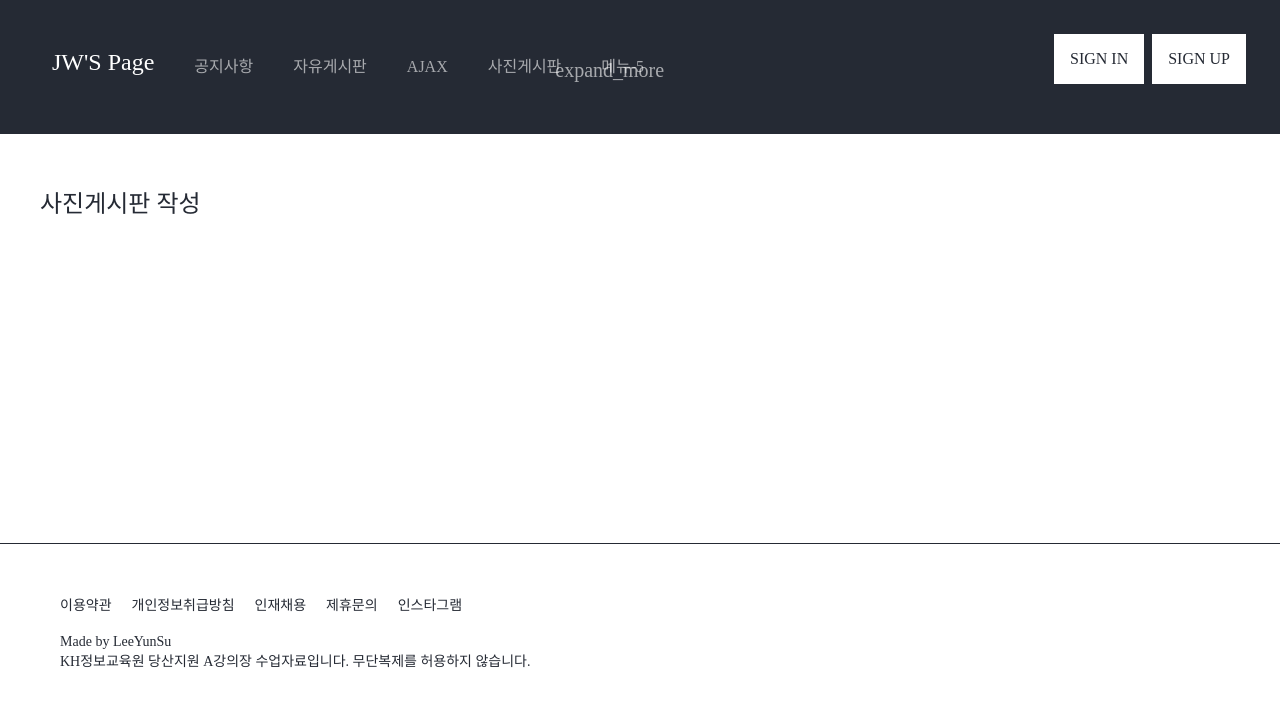
Repository: JWbase/Web_JAVA
Page: http://localhost/07_mvc2WebProject/WEB-INF/views/photo/photoWriteFrm.jsp
These files come from the project's save history. The page is drawn as it stood at one moment and after a run of saves; the edit follows.
The browser window is 1280 px wide. The pictures show the whole page.
Some web fonts or font styles are not loaded; a fallback is used. The page is served by Tomcat 9. Nobody is signed in. Other server files are loaded and not shown. The template is opened directly, without the code that normally fills it, so the values that code supplies are empty.

Above is the page before, as saved 2022-09-06 09:12:25.

### 07_mvc2WebProject/src/main/webapp/WEB-INF/views/photo/photoWriteFrm.jsp
<%@ page language="java" contentType="text/html; charset=UTF-8"
	pageEncoding="UTF-8"%>
<!DOCTYPE html>
<html>
<head>
<meta charset="UTF-8">
<title>Insert title here</title>
</head>
<style>
.photoWrite td, .photoWrite th {
	border: 1px solid #eee;
}
</style>
<body>
	<%@include file="/WEB-INF/views/common/header.jsp"%>
	<div class="page-content">
		<div class="page-title">사진게시판 작성</div>
		<form action="/photoWrite.do" method="post"
			enctype="multipart/form-data"></form>
	</div>
	<%@include file="/WEB-INF/views/common/footer.jsp"%>
</body>
</html>

### 07_mvc2WebProject/src/main/webapp/WEB-INF/views/common/header.jsp
<%@page import="kr.or.iei.member.model.vo.Member"%>
<%@ page language="java" contentType="text/html; charset=UTF-8"
	pageEncoding="UTF-8"%>
<%
Member m = (Member) session.getAttribute("m");
%>
<!-- 구글 아이콘 -->
<link href="https://fonts.googleapis.com/icon?family=Material+Icons"
	rel="stylesheet">
<!-- jquery -->
<script src="/js/jquery-3.6.0.js"></script>
<!-- 기본 CSS -->
<link rel="stylesheet" href="/css/default.css" />
<!-- 기본 js -->
<script src="/js/default.js"></script>
<header>
	<div class="site-logo">
		<a href="/">JW'S Page</a>
	</div>
	<nav>
		<ul class="navi">
			<li><a href="/noticeList.do?reqPage=1">공지사항</a></li>
			<li><a href="#">자유게시판</a></li>
			<li><a href="/ajax.do">AJAX</a></li>
			<li><a href="/photoList.do"">사진게시판</a></li>
			<li><a href="#">메뉴-5</a>
				<ul class="sub-navi">
					<li><a href="#">sub-1</a></li>
					<li><a href="#">sub-2</a></li>
					<li><a href="#">sub-3</a></li>
				</ul></li>
		</ul>
	</nav>
	<div class="header-link">
		<%
		if (m == null) {
		%>
		<button class="btn bc11 modal-open-btn" target="#login-modal">SIGN
			IN</button>
		<a class="btn bc11" href="/signupFrm.do">SIGN UP</a>
		<%
		} else {
		%>
		<%-- <a class="btn bc11" href="/mypage1.do"><%=m.getMemberName()%></a> --%>
		<a class="btn bc11" href="/mypage2.do?memberId=<%=m.getMemberId()%>"><%=m.getMemberName()%></a>
		<a class="btn bc11" href="/logout.do">LOGOUT</a>
		<%
		}
		%>
	</div>
</header>
<%
if (m == null) {
%>
<div id="login-modal" class="modal-bg">
	<div class="modal-wrap">
		<div class="modal-head">
			<h2>SIGN IN</h2>
			<span class="material-icons close-icon modal-close">close</span>
		</div>
		<form action="/signIn.do" method="post">
			<div class="modal-content">
				<div class="input-box">
					<label for="signId">아이디</label> <input type="text" name="signId"
						class="input-form" placeholder="아이디입력">
				</div>
				<div class="input-box">
					<label for="signPw">비밀번호</label> <input type="password"
						name="signPw" class="input-form" placeholder="비밀번호입력">
				</div>
				<div class="input-box link-box">
					<a href="#">아이디/비밀번호 찾기</a>
				</div>
			</div>
			<div class="modal-foot">
				<button type="submit" class="btn bc11">로그인</button>
				<button type="button" class="btn bc1 modal-close">취소</button>
			</div>
		</form>
	</div>
</div>
<%
}
%>

### 07_mvc2WebProject/src/main/webapp/WEB-INF/views/common/footer.jsp
<%@ page language="java" contentType="text/html; charset=UTF-8"
	pageEncoding="UTF-8"%>
<footer>
	<div class="footer-content">
		<ul>
			<li><a href="#">이용약관</a></li>
			<li><a href="#">개인정보취급방침</a></li>
			<li><a href="#">인재채용</a></li>
			<li><a href="#">제휴문의</a></li>
			<li><a href="#">인스타그램</a></li>
		</ul>
		<p>Made by LeeYunSu</p>
		<p>KH정보교육원 당산지원 A강의장 수업자료입니다. 무단복제를 허용하지 않습니다.</p>
	</div>
</footer>

### 07_mvc2WebProject/src/main/webapp/css/default.css
/* 사용할 font 선언 */
@font-face {
  font-family: ns-thin;
  src: url(../font/NotoSansKR-Thin.otf);
}
@font-face {
  font-family: ns-light;
  src: url(../font/NotoSansKR-Light.otf);
}
@font-face {
  font-family: ns-m;
  src: url(../font/NotoSansKR-Medium.otf);
}
@font-face {
  font-family: ns-bold;
  src: url(../font/NotoSansKR-Bold.otf);
}
@font-face {
  font-family: ns-black;
  src: url(../font/NotoSansKR-Black.otf);
}
/*
    사이트 사용 색상
    balck : #252A34
    darkgray : #393E46
    lightgray : #EEEEEE
    dark-mint : #00ADB5
    mint : #08D9D6
    point-red : #FF2E63
    point-pink : #F85F73
    point-violet : #892CDC
*/
/* 전체태그 기본 margin, padding 제거 */
/* 기본 글씨 색 및 폰트 설정 */

* {
  margin: 0;
  padding: 0;
  color: #252a34;
  font-family: ns-m;
}
body {
  display: flex;
  flex-direction: column;
  min-height: 100vh;
}
/* 기본화면 레이아웃 */
a {
  text-decoration: none;
}
header {
  background-color: #252a34;
  padding: 32px;
  display: flex;
  min-width: 1200px;
}
header > *:not(.header-link) {
  float: left;
}
header > .site-logo {
  padding: 0px 20px;
}
header > .site-logo > a {
  color: #fff;
  font-family: ns-bold;
  font-size: 24px;
  line-height: 60px;
}
header > nav {
  flex-grow: 1;
}

header > nav > .navi {
  list-style-type: none;
}
header > nav > .navi > li {
  float: left;
  position: relative;
}
header > nav > .navi > li > a {
  display: block;
  color: rgba(255, 255, 255, 0.6);
  padding: 5px 20px;
  transition-duration: 0.5s;
  line-height: 60px;
}
header > nav > .navi > li:hover > a,
header > nav > .navi > li:hover > a + span {
  color: rgba(255, 255, 255, 1);
}
header > nav > .navi > li:hover > .sub-navi {
  display : block;
}
header > nav .sub-navi {
  position: absolute;
  background-color: #fff;
  list-style-type: none;
  display: none;
  border: 1px solid rgba(0, 0, 0, 0.2);
  left: 10px;
  min-width: 10rem;
}
header > nav .sub-navi > li {
  padding: 0.25rem 1rem;
}
header > nav .sub-navi > li > a {
  display: block;
}
header > nav .sub-navi > li:hover {
  background-color: rgba(0, 0, 0, 0.05);
}
.material-icons.dropdown {
  font-size: 20px;
  color: rgba(255, 255, 255, 0.6);
  position: absolute;
  right: 0px;
  top: 27px;
  transition-duration: 0.5s;
}
.material-icons.dropdown:hover {
  cursor: pointer;
}
.page-content {
  width: 1200px;
  margin: 30px auto;
  margin-bottom: 10px;
  flex-grow: 1;
}
.page-title {
  font-family: ns-bold;
  padding: 20px 0px;
  font-size: 1.5rem;
}
footer {
  padding: 50px;
  border-top: 1px solid #252a34;
}
footer > .footer-content {
  width: 1200px;
  margin: 0 auto;
  padding: 0px 10px;
}
footer > .footer-content * {
  font-size: 14px;
}
footer > .footer-content > ul {
  list-style-type: none;
  overflow: hidden;
  margin-bottom: 20px;
}
footer > .footer-content > ul > li {
  float: left;
}
footer > .footer-content > ul > li > a {
  padding-right: 20px;
}

/* font 클래스*/
.f-thin {
  font-family: ns-thin;
}
.f-light {
  font-family: ns-light;
}
.f-medium {
  font-family: ns-m;
}
.f-bold {
  font-family: ns-bold;
}
.f-black {
  font-family: ns-black;
}

/* 글씨 색 */
.fc-1 {
  color: #252a34;
}
.fc-2 {
  color: #393e46;
}
.fc-3 {
  color: #eeeeee;
}
.fc-4 {
  color: #00adb5;
}
.fc-5 {
  color: #08d9d6;
}
.fc-6 {
  color: #ff2e63;
}
.fc-7 {
  color: #f85f73;
}
.fc-8 {
  color: #892cdc;
}

/* 배경 색*/
.bg-1 {
  background-color: #252a34;
}
.bg-2 {
  background-color: #393e46;
}
.bg-3 {
  background-color: #eeeeee;
}
.bg-4 {
  background-color: #00adb5;
}
.bg-5 {
  background-color: #08d9d6;
}
.bg-6 {
  background-color: #ff2e63;
}
.bg-7 {
  background-color: #f85f73;
}
.bg-8 {
  background-color: #892cdc;
}

/* 테이블 디자인 */
.tbl {
  width: 100%;
  border-spacing: 0px;
  border-collapse: collapse;
}
.tbl th,
.tbl td {
  padding: 1rem;
  text-align: center;
}
.tbl .tr-1 {
  background-color: rgba(255, 255, 255, 1);
}
.tbl .tr-2 {
  background-color: rgba(57, 62, 70, 0.1);
}
.tbl .tr-3 {
  background-color: rgba(0, 173, 181, 0.1);
}
.tbl .tr-4 {
  background-color: rgba(137, 44, 220, 0.1);
}
.tbl .tr-5 {
  background-color: rgba(255, 46, 999, 0.1);
}
.tbl .td-1 {
  background-color: rgba(255, 255, 255, 1);
}
.tbl .td-2 {
  background-color: rgba(57, 62, 70, 0.1);
}
.tbl .td-3 {
  background-color: rgba(0, 173, 181, 0.1);
}
.tbl .td-4 {
  background-color: rgba(137, 44, 220, 0.1);
}
.tbl .td-5 {
  background-color: rgba(255, 46, 999, 0.1);
}
.tbl.tbl-hover .tr-1:hover {
  background-color: rgba(0, 0, 0, 0.05);
}
.tbl.tbl-hover .tr-2:hover {
  background-color: rgba(57, 62, 70, 0.15);
}
.tbl.tbl-hover .tr-3:hover {
  background-color: rgba(0, 173, 181, 0.15);
}
.tbl.tbl-hover .tr-4:hover {
  background-color: rgba(137, 44, 220, 0.15);
}
.tbl.tbl-hover .tr-5:hover {
  background-color: rgba(255, 46, 999, 0.15);
}

/* 버튼 디자인 */
.btn {
  border: none;
  padding: 1rem;
  display: inline-block;
  box-sizing: border-box;
  transition-duration: 0.5s;
  font-size: 16px;
  font-family: ns-light;
}
.bc1 {
  background-color: rgba(37, 42, 52, 0.9);
  color: #fff;
  border: 2px solid rgba(37, 42, 52, 0.9);
}
.bc1:hover {
  background-color: rgba(37, 42, 52, 1);
  cursor: pointer;
}
.bc2 {
  background-color: rgba(57, 62, 70, 0.9);
  color: #fff;
  border: 2px solid rgba(57, 62, 70, 0.9);
}
.bc2:hover {
  background-color: rgba(57, 62, 70, 1);
  cursor: pointer;
}
.bc3 {
  background-color: rgba(238, 238, 238, 0.9);
  color: #252a34;
  border: 2px solid rgba(238, 238, 238, 0.9);
}
.bc3:hover {
  background-color: rgba(238, 238, 238, 1);
  cursor: pointer;
}
.bc4 {
  background-color: rgba(0, 173, 181, 0.9);
  color: #fff;
  border: 2px solid rgba(0, 173, 181, 0.9);
}
.bc4:hover {
  background-color: rgba(0, 173, 181, 1);
  cursor: pointer;
}
.bc5 {
  background-color: rgba(8, 217, 214, 0.9);
  color: #fff;
  border: 2px solid rgba(8, 217, 214, 0.9);
}
.bc5:hover {
  background-color: rgba(8, 217, 214, 1);
  cursor: pointer;
}
.bc6 {
  background-color: rgba(255, 46, 99, 0.9);
  color: #fff;
  border: 2px solid rgba(255, 46, 99, 0.9);
}
.bc6:hover {
  background-color: rgba(255, 46, 99, 1);
  cursor: pointer;
}
.bc7 {
  background-color: rgba(248, 95, 115, 0.9);
  color: #fff;
  border: 2px solid rgba(248, 95, 115, 0.9);
}
.bc7:hover {
  background-color: rgba(248, 95, 115, 1);
  cursor: pointer;
}
.bc8 {
  background-color: rgba(137, 44, 220, 0.9);
  color: #fff;
  border: 2px solid rgba(137, 44, 220, 0.9);
}
.bc8:hover {
  background-color: rgba(137, 44, 220, 1);
  cursor: pointer;
}
.bc11 {
  color: rgba(37, 42, 52, 1);
  background-color: #fff;
  border: 2px solid rgba(37, 42, 52, 1);
}
.bc11:hover {
  background-color: rgba(37, 42, 52, 1);
  cursor: pointer;
  color: #fff;
}
.bc22 {
  color: rgba(57, 62, 70, 1);
  background-color: #fff;
  border: 2px solid rgba(57, 62, 70, 1);
}
.bc22:hover {
  background-color: rgba(57, 62, 70, 1);
  cursor: pointer;
  color: #fff;
}
.bc33 {
  color: rgba(37, 42, 52, 1);
  background-color: #fff;
  border: 2px solid rgba(238, 238, 238, 1);
}
.bc33:hover {
  background-color: rgba(238, 238, 238, 1);
  cursor: pointer;
  color: rgba(37, 42, 52, 1);
}
.bc44 {
  color: rgba(0, 173, 181, 1);
  background-color: #fff;
  border: 2px solid rgba(0, 173, 181, 1);
}
.bc44:hover {
  background-color: rgba(0, 173, 181, 1);
  color: #fff;
  cursor: pointer;
}
.bc55 {
  color: rgba(8, 217, 214, 1);
  background-color: #fff;
  border: 2px solid rgba(8, 217, 214, 1);
}
.bc55:hover {
  background-color: rgba(8, 217, 214, 1);
  color: #fff;
  cursor: pointer;
}
.bc66 {
  color: rgba(255, 46, 99, 1);
  background-color: #fff;
  border: 2px solid rgba(255, 46, 99, 1);
}
.bc66:hover {
  background-color: rgba(255, 46, 99, 1);
  color: #fff;
  cursor: pointer;
}
.bc77 {
  color: rgba(248, 95, 115, 1);
  background-color: #fff;
  border: 2px solid rgba(248, 95, 115, 1);
}
.bc77:hover {
  background-color: rgba(248, 95, 115, 1);
  color: #fff;
  cursor: pointer;
}
.bc88 {
  color: rgba(137, 44, 220, 1);
  background-color: #fff;
  border: 2px solid rgba(137, 44, 220, 1);
}
.bc88:hover {
  background-color: rgba(137, 44, 220, 1);
  color: #fff;
  cursor: pointer;
}
.bs1 {
  padding: 1rem;
}
.bs2 {
  padding: 1.5rem;
  font-size: 1.1em;
}
.bs3 {
  padding: 2rem;
  font-size: 1.2em;
}
.bs4 {
  width: 100%;
  padding: 2rem;
  font-size: 1.2em;
}
/* input 디자인 */
.input-form {
  width: 100%;
  display: block;
  padding: 0.8rem;
  background-color: #fff;
  outline: none;
  border: 1px solid #ccc;

  box-sizing: border-box;
}
.input-form:focus {
  box-shadow: 0 0 0 0.1rem #eee;
}

textarea.input-form {
  resize: none;
  min-height: 300px;
}
.input-form:read-only:not(select),
.input-form:disabled {
  background-color: #f7f7f9;
}
/* 페이징 디자인 */
.pagination {
  list-style-type: none;
  display: flex;
  justify-content: center;
  align-items: center;
}
.pagination > li {
  width: 40px;
  height: 40px;
  text-align: center;
  line-height: 40px;
  overflow: hidden;
}
.pagination.circle-style > li {
  border-radius: 50%;
}
.pagination > li > a.page-item {
  display: block;
  width: 100%;
  height: 100%;
  font-size: 18px;
}
.pagination > li > a.page-item > span.material-icons {
  display: block;
  width: 100%;
  height: 100%;
  line-height: 40px;
}
.pagination .page-item.active-page {
  background-color: #252a34;
  color: #fff;
}
/*게시물 표현*/
.posting-wrap {
  display: flex;
  flex-wrap: wrap;
}
.posting-wrap .posting-item {
  box-sizing: border-box;
  width: calc(100% / 5);
  padding: 20px;
}
.posting-wrap .posting-item .posting-img img {
  width: 100%;
  height: 200px;
}
.posting-wrap .posting-item .posting-content {
  width: 80%;
  margin: 0 auto;
}
.posting-wrap .posting-item:hover {
  box-shadow: 0 2px 10px 0 rgba(0, 0, 0, 0.2);
}
/* 댓글 */
.posting-comment {
  display: flex;
  border-top: 2px solid #ccc;

  list-style-type: none;
}
.posting-comment > li {
  box-sizing: border-box;
}
.posting-comment > li:first-child {
  width: 15%;
  display: flex;
  justify-content: center;
  align-items: center;
  min-height: 100px;
  border-right: 1px solid #ccc;
}
.posting-comment.reply > li:first-child {
  width: 20%;
}
.posting-comment > li:first-child .material-icons {
  font-size: 80px;
  color: #ccc;
}
.posting-comment.reply > li:first-child .material-icons:first-child {
  font-size: 40px;
  color: #ccc;
}
.posting-comment.reply > li:last-child {
  display: flex;
  flex-direction: column;
  width: 80%;
}
.posting-comment > li:last-child {
  display: flex;
  flex-direction: column;
  width: 85%;
}
.posting-comment > li:last-child > p {
  width: 100%;
  padding: 5px;
  box-sizing: border-box;
}
.posting-comment > li:last-child > .comment-info > span {
  padding: 0px 10px;
}
.posting-comment > li:last-child > .comment-info > span:not(:last-child) {
  border-right: 2px solid #ccc;
}
.posting-comment > li:last-child > .comment-content {
  padding: 0px 15px;
}
.posting-comment > li:last-child > .comment-link {
  text-align: right;
}
.posting-comment > li:last-child > .comment-link > a {
  margin: 0px 5px;
}
.posting-comment > li:last-child > .comment-link > a:hover {
  text-decoration: underline;
}

/*모달*/
.modal-bg {
  background-color: rgba(0, 0, 0, 0.3);
  position: fixed;
  width: 100%;
  height: 100vh;
  display: none;
  align-items: center;
  flex-direction: column;
}
.modal-wrap {
  margin-top: 150px;
  width: 600px;
  background: #fff;
  height: auto;
}
.modal-wrap div {
  padding: 1rem;
}
.modal-wrap div:not(:last-child) {
  border-bottom: 1px solid #ccc;
}
.modal-wrap .modal-foot {
  text-align: right;
}
.modal-wrap div.modal-head {
  position: relative;
}
.close-icon {
  position: absolute;
  top: 16px;
  right: 16px;
  font-size: 30px;
}
.close-icon:hover {
  cursor: pointer;
}

### 07_mvc2WebProject/src/main/webapp/js/default.js
$(function () {
  $(document).on("click", ".modal-open-btn", function () {
    $($(this).attr("target")).css("display", "flex");
  });
  $(document).on("click", ".modal-close", function () {
    $(this).parents(".modal-wrap").parent().css("display", "none");
  });
  $(".sub-navi").prev().after("<span class='material-icons dropdown'>expand_more</span>");
});
function alertFunc(icon){
	swal({
        title: '제목',
        text: '내용내용내용',
        icon: icon
      });
      //이후 페이지 이동 시 추가
      /*
      .then(function(){
    	 window.location = "${loc}";
      });
      */
}

Loaded but not shown: 07_mvc2WebProject/src/main/webapp/js/jquery-3.6.0.js (library)

After the next 2 saves:
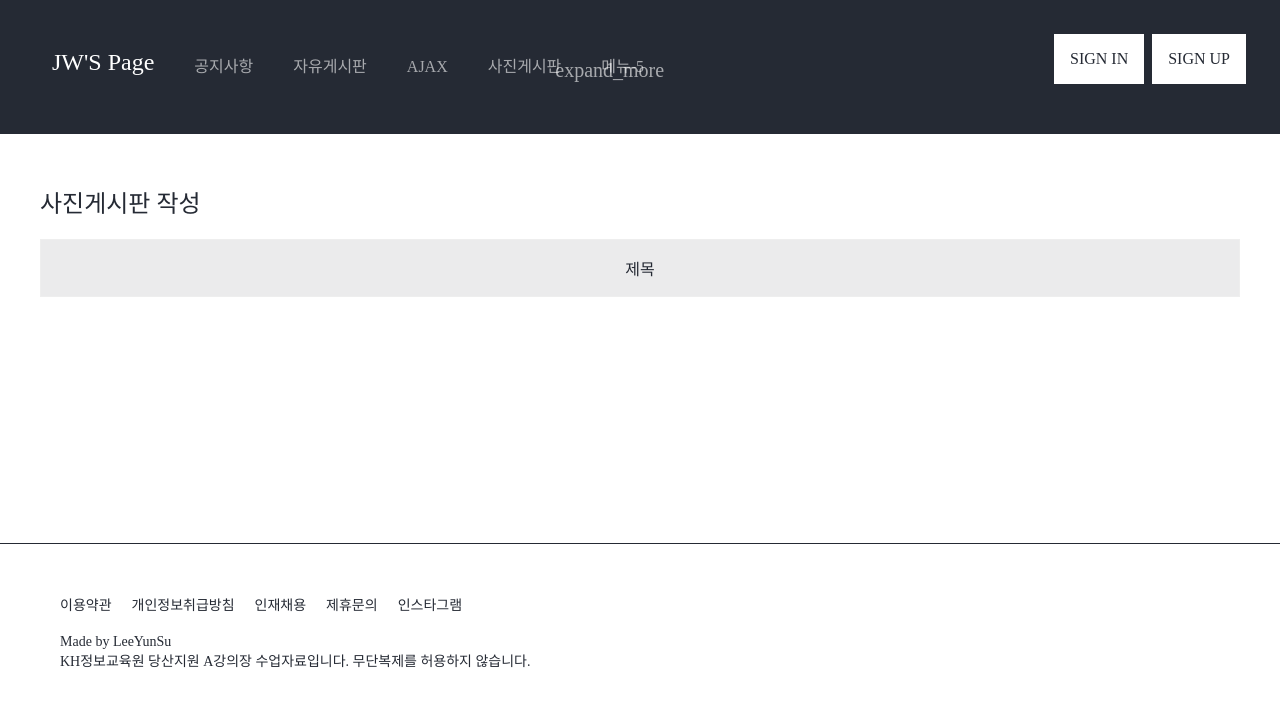
The 2 saves are shown as one change because they came seconds apart.
The last was saved 2 min 25 s later.
--- a/07_mvc2WebProject/src/main/webapp/WEB-INF/views/photo/photoWriteFrm.jsp
+++ b/07_mvc2WebProject/src/main/webapp/WEB-INF/views/photo/photoWriteFrm.jsp
@@ -16,7 +16,13 @@
 	<div class="page-content">
 		<div class="page-title">사진게시판 작성</div>
 		<form action="/photoWrite.do" method="post"
-			enctype="multipart/form-data"></form>
+			enctype="multipart/form-data">
+				<table class="tbl photoWrite">
+					<tr class="tr-1">
+						<td class="td-2">제목</td>
+					</tr>
+				</table>
+			</form>
 	</div>
 	<%@include file="/WEB-INF/views/common/footer.jsp"%>
 </body>
